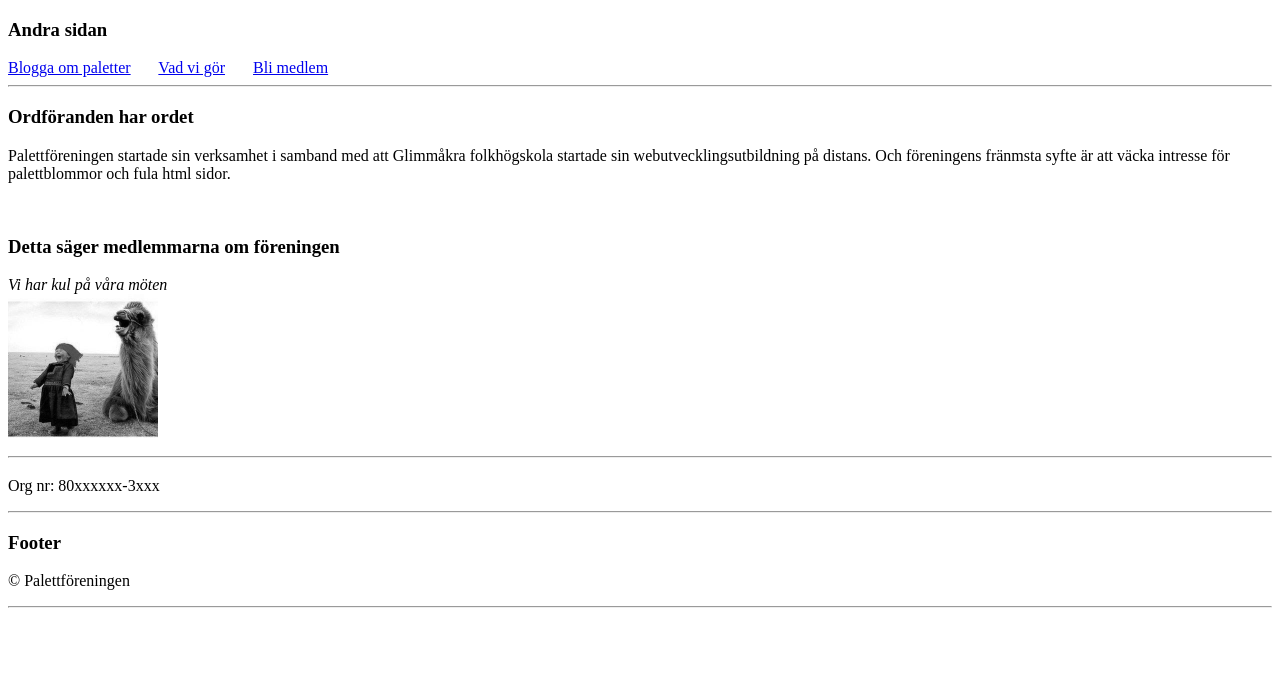
Repository: Webutveckling-20-21/Uppgift-1
Page: verksamheten.html
These files come from the project's save history. The page is drawn as it stood at one moment and after the next save; the edit follows.
The browser window is 1280 px wide. The pictures show the whole page.

Above is the page before, as saved 2021-09-07 12:12:57.

After the next save:
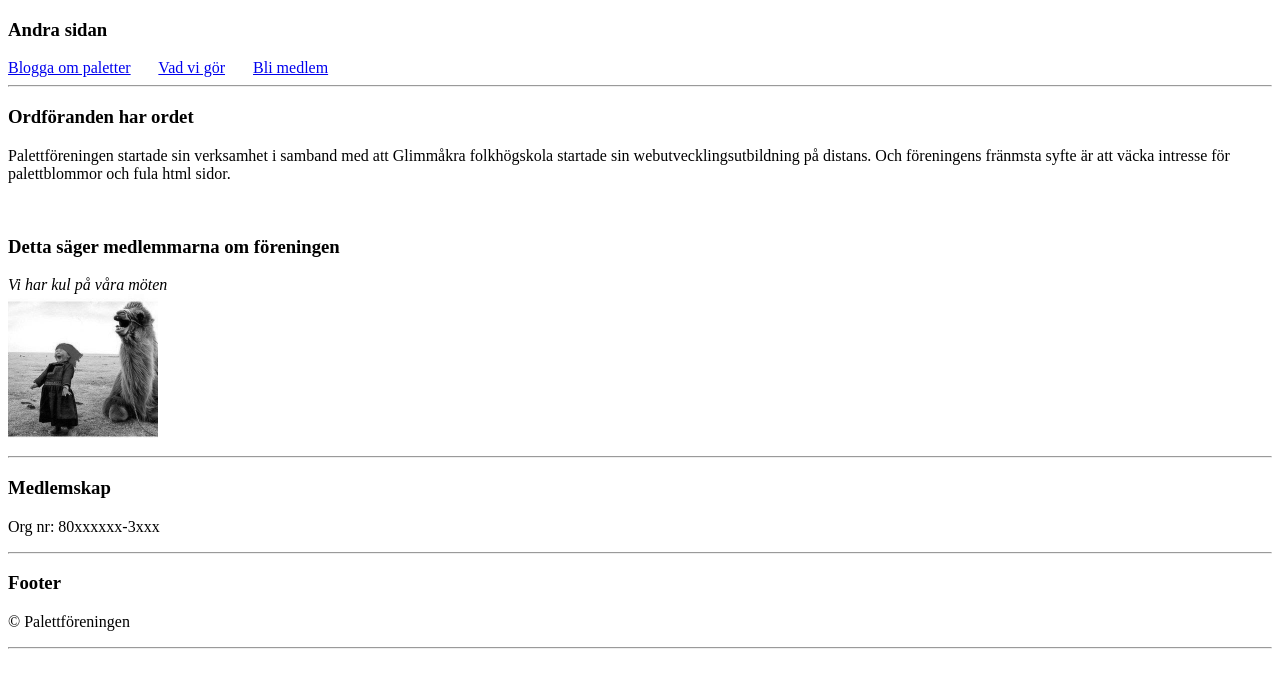
Saved 6 s later.
--- a/verksamheten.html
+++ b/verksamheten.html
@@ -50,7 +50,7 @@
     </main>
     <hr>
     <aside>
-        <h3></h3>
+        <h3>Medlemskap</h3>
 
 
         <p>Org nr: 80xxxxxx-3xxx</p>
